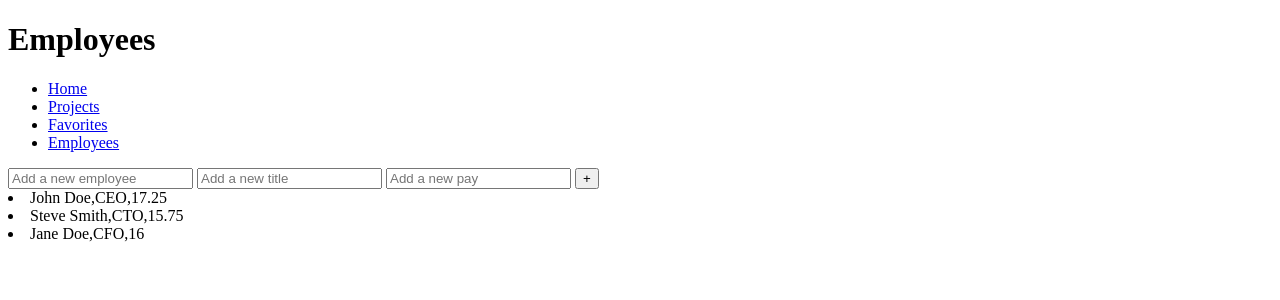
Repository: Kayla-amr/workApp
Page: client/employees.html
An editor plug-in stored every save of this project. The page is shown before and after a run of saves, followed by the edit.
The browser window is 1280 px wide. The pictures show the whole page.

Above is the page before, as saved 2023-12-04 06:24:41.
Console error: ReferenceError: employee is not defined

### client/employees.html
<!DOCTYPE html>
<html lang="en">
<head>
    <meta charset="UTF-8">
    <meta name="viewport" content="width=device-width, initial-scale=1.0">
    <title>Work Management App : Employees</title>
</head>
<body>
    <div class="app">
        <h1>Employees</h1>

        <nav>
            <ul>
                <li><a href="./index.html">Home</a></li>
                <li><a href="./projects.html">Projects</a></li>
                <li><a href="./favorites.html">Favorites</a></li>
                <li><a href="./employees.html">Employees</a></li>
            </ul>
        </nav>
        <div class="input">
            <input class="userEName" type="text" placeholder="Add a new employee">
            <input class="userETitle" type="text" placeholder="Add a new title">
            <input class="userEPay" type="text" placeholder="Add a new pay">

            <button class="addEInput">+</button>

        <div class="employee">


        </div>
</body>
<script src="./src/main.js"></script>
</html>

### client/src/main.js
let employees = [
    {
        id: 1,
        name: 'John Doe',
        title: 'CEO',
        pay: 17.25
    },
    {
        id: 2,
        name: 'Steve Smith',
        title: 'CTO',
        pay: 15.75
    },
    {
        id: 3,
        name: 'Jane Doe',
        title: 'CFO',
        pay: 16.00
    }
];

let equipment = [
    {
        id: 1,
        name: 'cement',
    },
    {
        id: 2,
        name: 'trailer',
    },
    {
        id: 3,
        name: 'truck',
    }
];

let projects = [
    {
        id: 1,
        name: 'Project 1',
        description: 'This is a project description',
        equipment: [ 'cement', 'trailer', 'truck' ],
        employees:['John Doe', 'Steve Smith'],
        cost: 1234.56
    },
    {
        id: 2,
        name: 'Project 2',
        description: 'This is a project description',
        equipment: [ 'cement', 'trailer', 'truck' ],
        employees:['Jane Doe', 'Steve Smith'],
        cost: 1234.56
    },
    {
        id: 3,
        name: 'Project 3',
        description: 'This is a project description',
        equipment: [ 'cement', 'trailer', 'truck' ],
        employees:['John Doe', 'Jane Doe'],
        cost: 1234.56
    }
];

let employeeList = document.querySelector('.employee');
let projectList = document.querySelector('.project');
let equipmentList = document.querySelector('.equipment');

function createEmployeeLi(employee) {
    let li = document.createElement('li');
    li.setAttribute('id', employee.id);
    li.innerText = [employee.name, employee.title, employee.pay]
    return li;
}


function addEmployee() {
    let userEName = document.querySelector('.userEName');
    let userETitle = document.querySelector('.userETitle');
    let userEPay = document.querySelector('.userEPay');
    let newEmployee = {
        id: employees.length + 1,
        name: userEName.value,
        title: userETitle.value,
        pay: userEPay.value
    };

    employees.push(newEmployee);
    viewWork(employees);
}

addEInput = document.querySelector('.addEInput');
addEInput.addEventListener('click', (event) => {
    addEmployee();
    viewWork(employees);
}
);

function viewWork(employees) {
    employeeList.innerText = '';

    employees.forEach((employee) => {

        let li = createEmployeeLi(employee);
        employeeList.appendChild(li);
    });

    document.querySelector('.employee').innerHTML = employee;
}

viewWork(employees)

After the next 6 saves:
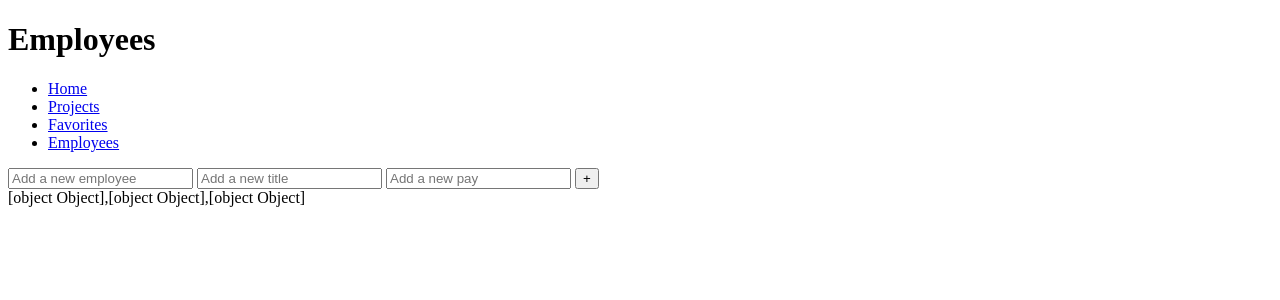
The error is gone.
The 6 saves are shown as one change because they came seconds apart.
The last was saved 99 s later.
--- a/client/src/main.js
+++ b/client/src/main.js
@@ -104,7 +104,7 @@ function viewWork(employees) {
         employeeList.appendChild(li);
     });
 
-    document.querySelector('.employee').innerHTML = employee;
+    document.querySelector('.employee').innerHTML = employees;
 }
 
 viewWork(employees)
